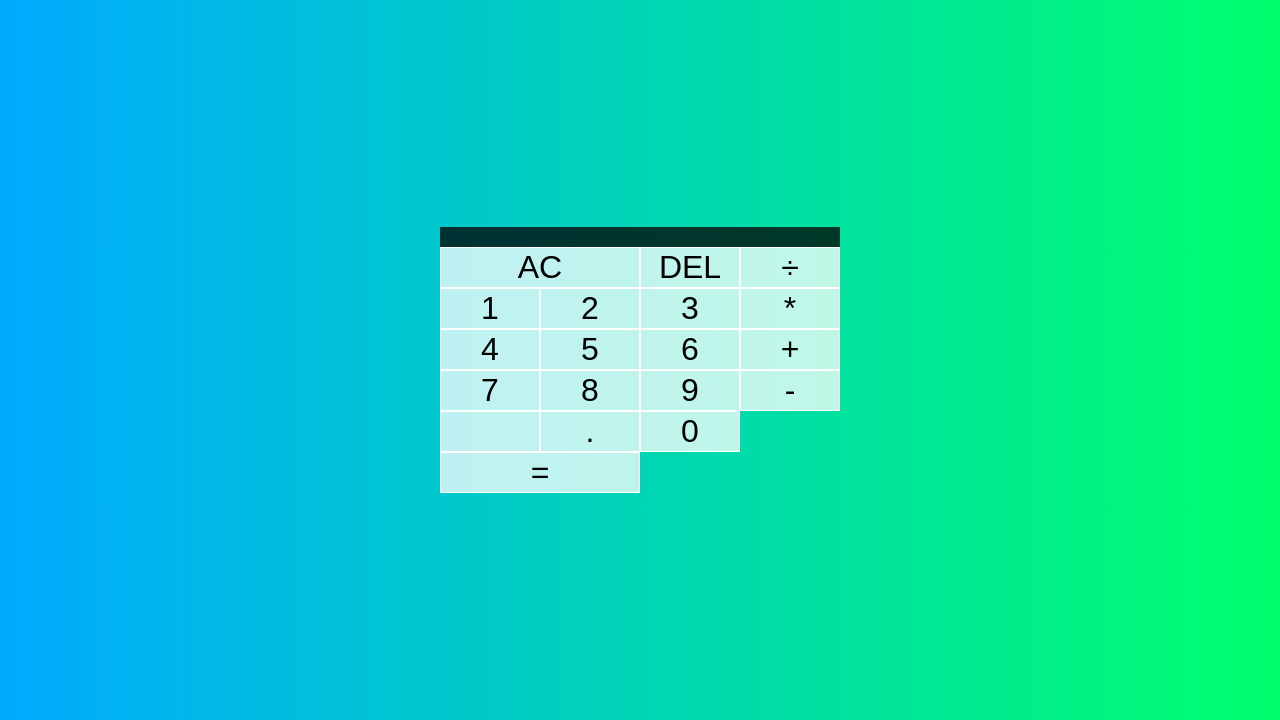
Repository: weazzyefff/Calculator-YT-Tutorial-
Page: index.html
An editor plug-in stored every save of this project. The page is shown before and after the next save, followed by the edit.
The browser window is 1280 px wide. The pictures show the whole page.

Above is the page before, as saved 2022-12-23 14:28:48.

### index.html
<!DOCTYPE html>
<html>

<head>
    <meta charset="utf-8">
    <meta name="viewport" content="width=device-width, initial-scale=1">
    <title>Calculator App</title>
    <link rel="stylesheet" href="styles.css">
    <script src="script.js" defer></script>
</head>

<body>
    <div class="calculator-grid">
        <div class="output">
            <div data-previous-operand class="previous-operand"></div>
            <div data-current-operand class="current-operand"></div>
        </div>
        <button data-all-clear class="span-two">AC</button>
        <button data-delete>DEL</button>
        <button data-operation>÷</button>
        <button data-number>1</button>
        <button data-number>2</button>
        <button data-number>3</button>
        <button data-operation>*</button>
        <button data-number>4</button>
        <button data-number>5</button>
        <button data-number>6</button>
        <button data-operation>+</button>
        <button data-number>7</button>
        <button data-number>8</button>
        <button data-number>9</button>
        <button data-operation>-<button>
                <button data-number>.</button>
                <button data-number>0</button>
                <button data-equals class="span-two">=</button>
    </div>

</body>

</html>

### styles.css
*, *::before, *::after {
    box-sizing: border-box;
    font-family: Gotham Rounded, sans-serif;
    font-weight: normal;
}

body {
    padding: 0;
    margin: 0;
    background: linear-gradient(to right, #00AAFF, #00FF6C);
}

.calculator-grid {
    display: grid;
    justify-content: center;
    align-content: center;
    min-height: 100vh;
    grid-template-columns: repeat(4,100px);
    grid-template-rows: minmax(120px, auto) repeat((5, 100px));
}

.calculator-grid > button {
    cursor: pointer;
    font-size: 2rem;
    border: 1px solid white;
    outline: none;
    background-color: rgba(255,255,255, .75);
}

.calculator-grid > button:hover {
    background-color:rgba(255,255,255, .9);
}

.span-two {
    grid-column: span 2;
}

.output  {
    grid-column: 1 / -1;
    background-color: rgba(0,0,0, .75);
    display: flex;
    align-items: flex-end;
    justify-content: space-around;
    flex-direction: column;
    padding: 10px;
    word-wrap: break-word;
    word-break: break-all;
}

.output .previous-operand {
    color: rgba(255,255,255, .75);
    font-size: 1.5rem;
}
.output .current-operand {
    color: white;
    font-size: 2.5rem;
}

### script.js
const numberButtons = document.querySelectorAll('[data-number]')
const operationButtons = document.querySelectorAll('[data-operation]')
const equalsButton = document.querySelector('[data-equals]')
const allClearButton = document.querySelectorAll('[data-all-clear]')
const deleteButton = document.querySelectorAll('[data-delete]')
const previousOperand = document.querySelectorAll('[data-previous-operand]')
const currentOperand = document.querySelectorAll('[data-current-operand]')

After the next save:
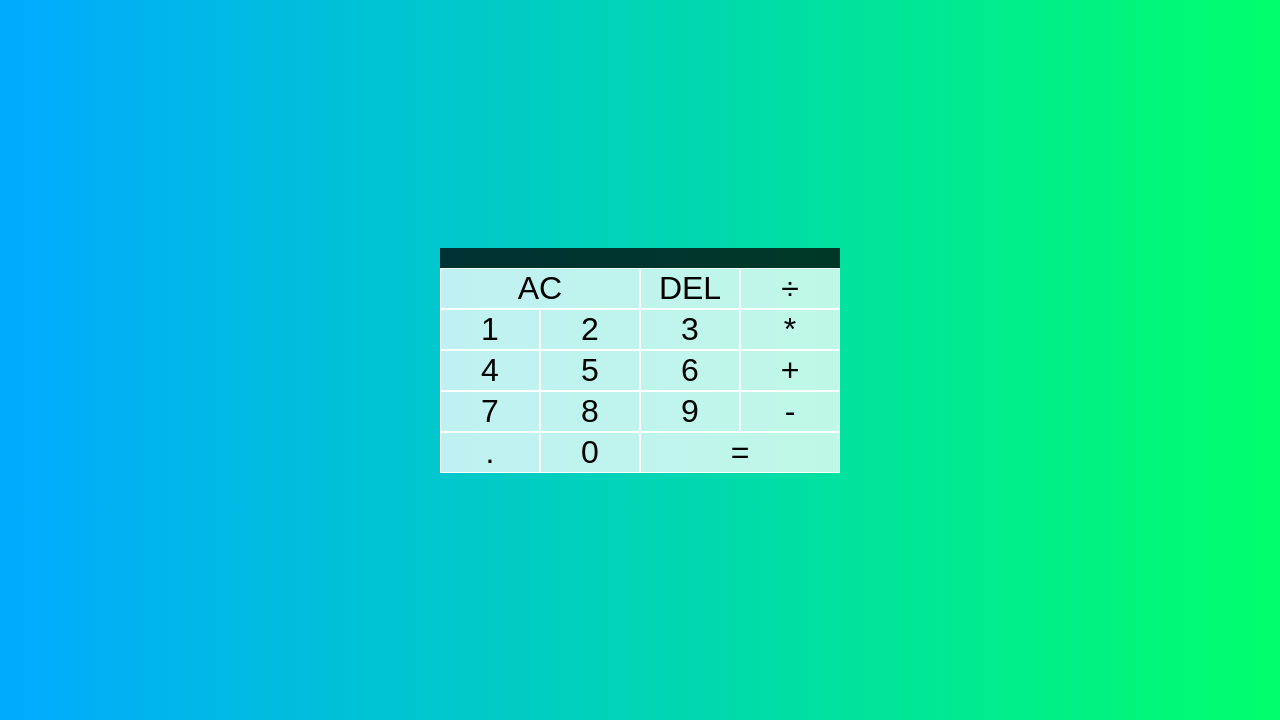
Saved 6 min 47 s later.
--- a/index.html
+++ b/index.html
@@ -29,10 +29,10 @@
         <button data-number>7</button>
         <button data-number>8</button>
         <button data-number>9</button>
-        <button data-operation>-<button>
-                <button data-number>.</button>
-                <button data-number>0</button>
-                <button data-equals class="span-two">=</button>
+        <button data-operation>-</button>
+        <button data-number>.</button>
+        <button data-number>0</button>
+        <button data-equals class="span-two">=</button>
     </div>
 
 </body>
